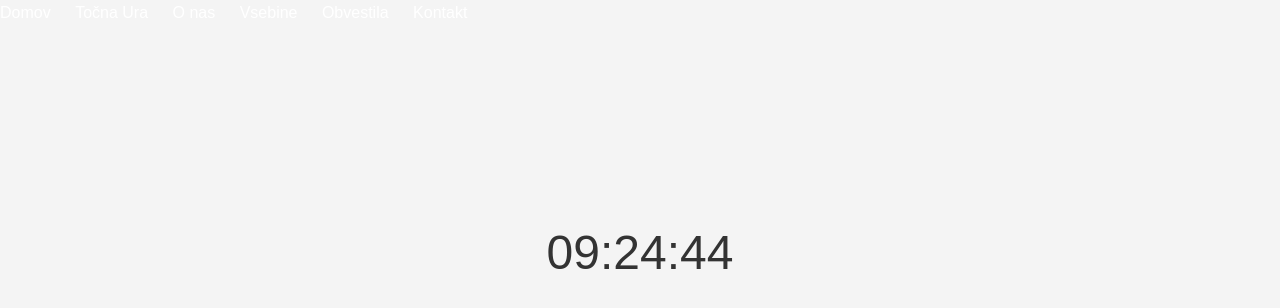
Repository: razrednicasopis/razrednicasopis.github.io
Page: Resources/ura.html
An editor plug-in stored every save of this project. The page is shown before and after the next save, followed by the edit.
The browser window is 1280 px wide. The pictures show the whole page.

Above is the page before, as saved 2024-03-08 08:37:46.
Console error: ReferenceError: maintenanceMode is not defined

After the next save:
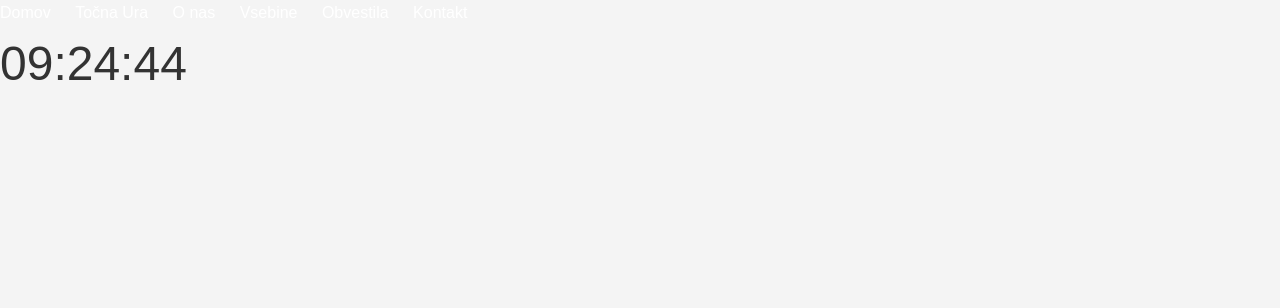
Saved 6 s later.
--- a/Resources/system.css
+++ b/Resources/system.css
@@ -379,7 +379,7 @@
 /* CSS za uro */
 
 .clock {
-  margin-top: 5cm;
+  margin-top:
   text-align: center;
   font-size: 3em;
 }

After the save that followed:
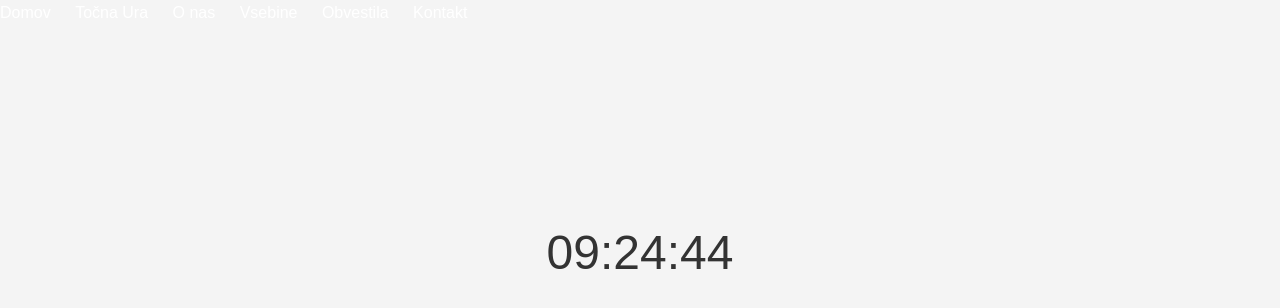
Saved 9 s later.
--- a/Resources/system.css
+++ b/Resources/system.css
@@ -379,7 +379,7 @@
 /* CSS za uro */
 
 .clock {
-  margin-top:
+  margin-top: 5cm;
   text-align: center;
   font-size: 3em;
 }
